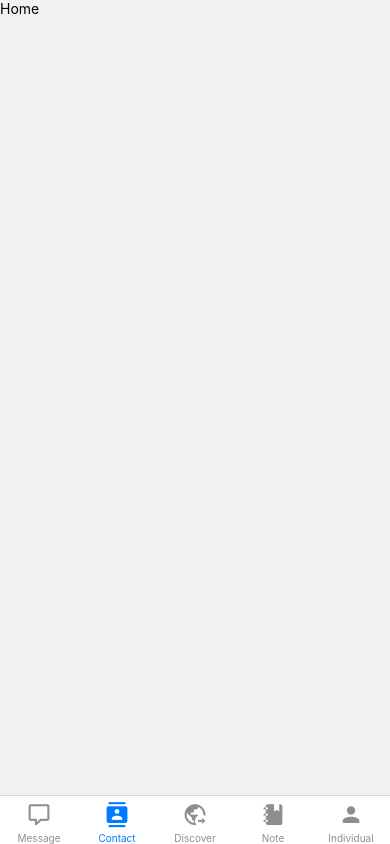
Repository: dinhtq-47/react-native
Screen: /Contact
An editor plug-in stored every save of this project. The screen is shown before and after the next save, followed by the edit.
The app was drawn by React Native's web renderer in a window 390 px wide. The project was rebuilt for these pictures with package versions that can differ from the ones it lists, and the page was loaded fresh each time. Also part of the build but not shown: screens/Discover.js, screens/Note.js, screens/Individual.js.

Above is the screen before, as saved 2022-02-16 18:20:26.

### App.js
import "react-native-gesture-handler";
import { View } from "react-native";
import HomeTab from "./navigations/Home";
import { NavigationContainer } from "@react-navigation/native";
const App = () => {
  return (
    <NavigationContainer>
      <View style={{ flex: 1 }}>
        <HomeTab />
      </View>
    </NavigationContainer>
  );
};

export default App;

### navigations/Home.js
import { createBottomTabNavigator } from "@react-navigation/bottom-tabs";
import Home from "../screens/Home";
import Contact from "../screens/Contact";
import Discover from "../screens/Discover";
import Note from "../screens/Note";
import Individual from "../screens/Individual";
import Icon from "react-native-vector-icons/MaterialCommunityIcons";

const Tab = createBottomTabNavigator();

const HomeTab = () => {
  return (
    <Tab.Navigator
      screenOptions={{
        headerShown: false,
      }}
    >
      <Tab.Screen
        name="Home"
        component={Home}
        options={{
          tabBarLabel: "Message",
          tabBarIcon: ({ color, size }) => (
            <Icon name="comment-outline" color={color} size={size} />
          ),
        }}
      />
      <Tab.Screen
        name="Contact"
        component={Contact}
        options={{
          tabBarLabel: "Contact",
          tabBarIcon: ({ color, size }) => (
            <Icon name="contacts" color={color} size={size} />
          ),
        }}
      />
      <Tab.Screen
        name="Discover"
        component={Discover}
        options={{
          tabBarLabel: "Discover",
          tabBarIcon: ({ color, size }) => (
            <Icon name="earth-arrow-right" color={color} size={size} />
          ),
        }}
      />
      <Tab.Screen
        name="Note"
        component={Note}
        options={{
          tabBarLabel: "Note",
          tabBarIcon: ({ color, size }) => (
            <Icon name="notebook" color={color} size={size} />
          ),
        }}
      />
      <Tab.Screen
        name="Individual"
        component={Individual}
        options={{
          tabBarLabel: "Individual",
          tabBarIcon: ({ color, size }) => (
            <Icon name="account" color={color} size={size} />
          ),
        }}
      />
    </Tab.Navigator>
  );
};

export default HomeTab;

### screens/Home.js
import { StyleSheet, View, StatusBar, Text, SafeAreaView } from "react-native";

const Home = () => {
  return (
    <SafeAreaView>
      <StatusBar barStyle="dark-content" />
      <View style={styles.container}>
        <Text>Home</Text>
      </View>
    </SafeAreaView>
  );
};

const styles = StyleSheet.create({
  container: {
    width: "100%",
    height: "100%",
  },
});

export default Home;

### screens/Contact.js
import { StyleSheet, View, StatusBar, Text, SafeAreaView } from "react-native";

const Home = () => {
  return (
    <SafeAreaView>
      <StatusBar barStyle="dark-content" />
      <View style={styles.container}>
        <Text>Home</Text>
      </View>
    </SafeAreaView>
  );
};

const styles = StyleSheet.create({
  container: {
    width: "100%",
    height: "100%",
  },
});

export default Home;

After the next save:
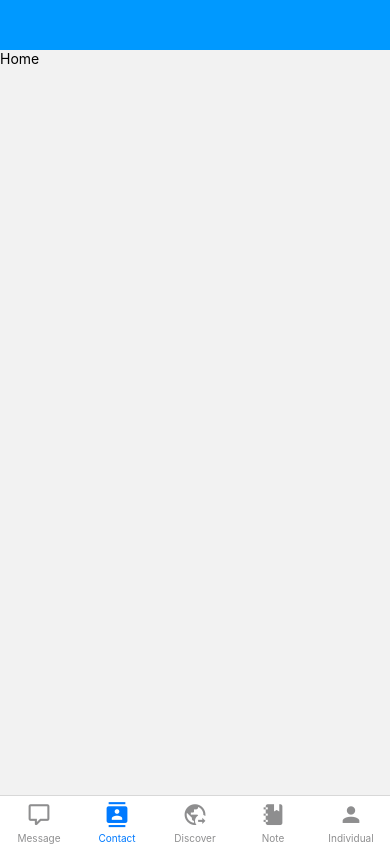
Saved 44 s later.
--- a/screens/Contact.js
+++ b/screens/Contact.js
@@ -2,12 +2,16 @@ import { StyleSheet, View, StatusBar, Text, SafeAreaView } from "react-native";
 
 const Home = () => {
   return (
-    <SafeAreaView>
-      <StatusBar barStyle="dark-content" />
-      <View style={styles.container}>
-        <Text>Home</Text>
+    <View>
+      <View style={styles.StatusBar}>
+        <StatusBar barStyle="light-content" />
       </View>
-    </SafeAreaView>
+      <SafeAreaView>
+        <View style={styles.container}>
+          <Text>Home</Text>
+        </View>
+      </SafeAreaView>
+    </View>
   );
 };
 
@@ -16,6 +20,10 @@ const styles = StyleSheet.create({
     width: "100%",
     height: "100%",
   },
+  StatusBar: {
+    height: 50,
+    backgroundColor: "#0099FF",
+  },
 });
 
 export default Home;
